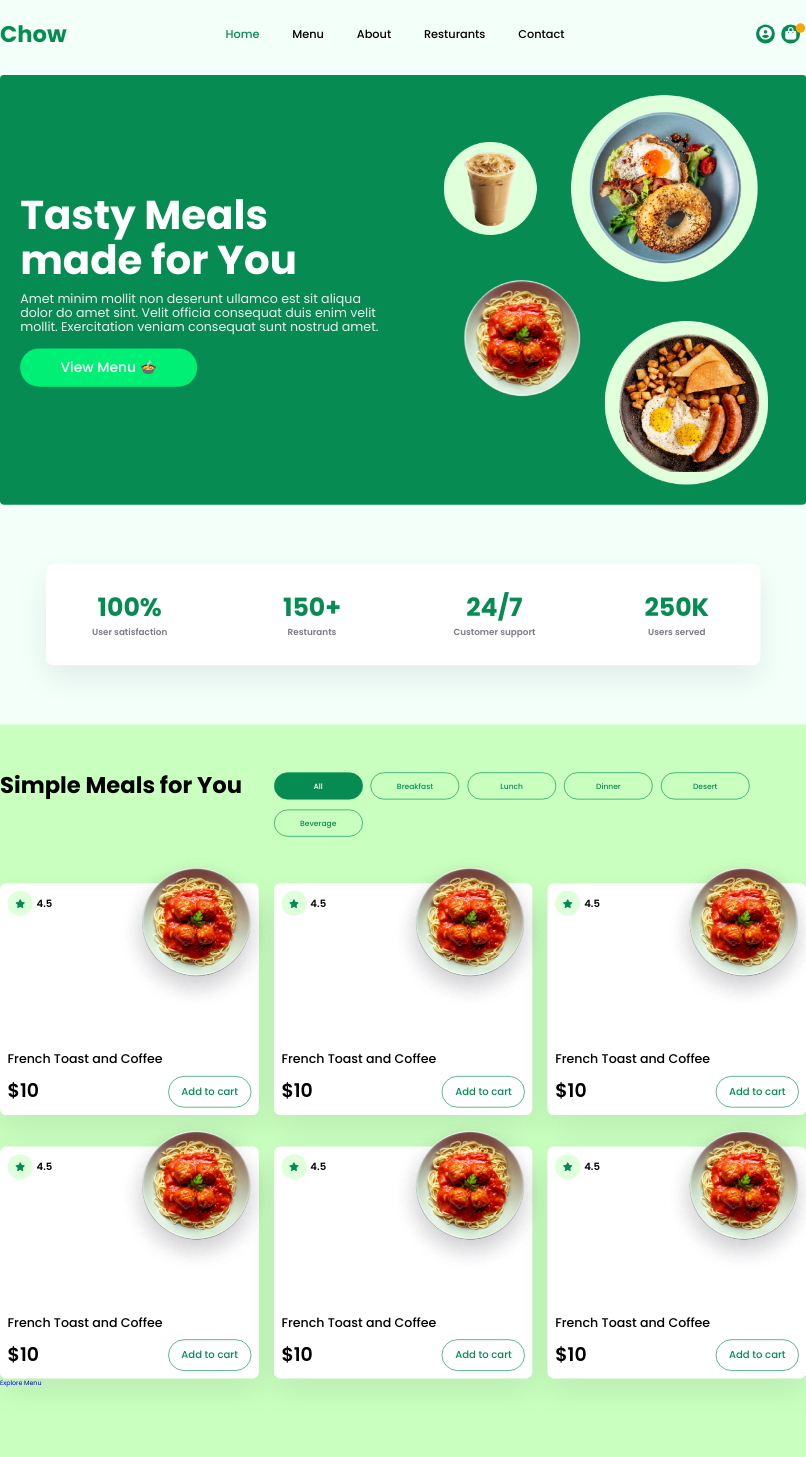
Repository: nguyennam1029/balbal
Page: index.html
An editor plug-in stored every save of this project. The page is shown before and after the next save, followed by the edit.
The browser window is 1280 px wide. The pictures show the whole page, at 63% of full size.
Some web libraries are served in a nearby version.

Above is the page before, as saved 2022-07-06 17:41:56.

### index.html
<!DOCTYPE html>
<html lang="en">
  <head>
    <meta charset="UTF-8" />
    <meta http-equiv="X-UA-Compatible" content="IE=edge" />
    <meta name="viewport" content="width=device-width, initial-scale=1.0" />
    <title>Chow</title>
    <link
      rel="stylesheet"
      href="https://cdnjs.cloudflare.com/ajax/libs/font-awesome/6.1.1/css/all.min.css"
      integrity="sha512-KfkfwYDsLkIlwQp6LFnl8zNdLGxu9YAA1QvwINks4PhcElQSvqcyVLLD9aMhXd13uQjoXtEKNosOWaZqXgel0g=="
      crossorigin="anonymous"
      referrerpolicy="no-referrer"
    />
    <link rel="stylesheet" href="css/grid.css" />
    <link rel="stylesheet" href="css/style.css" />
  </head>
  <body>
    <div class="app">
      <div class="grid wide">
        <div class="menu">
          <a href="#" class="menu-left">Chow</a>
          <ul class="menu-center">
            <li class="menu-center-item">
              <a href="#" class="menu-center--link active">Home</a>
            </li>
            <li class="menu-center-item">
              <a href="#" class="menu-center--link">Menu</a>
            </li>
            <li class="menu-center-item">
              <a href="#" class="menu-center--link">About</a>
            </li>
            <li class="menu-center-item">
              <a href="#" class="menu-center--link">Resturants</a>
            </li>
            <li class="menu-center-item">
              <a href="#" class="menu-center--link">Contact</a>
            </li>
          </ul>
          <ul class="menu-right">
            <li class="menu-right-item">
              <a href="#" class="menu-right--link">
                <i class="fa-solid fa-circle-user"></i>
              </a>
            </li>
            <li class="menu-right-item">
              <a href="#" class="menu-right--link active">
                <i class="fa-solid fa-bag-shopping"></i>
                <span class="menu-right--circle"></span>
              </a>
            </li>
          </ul>
        </div>
        <div class="banner">
          <div class="row">
            <div class="col l-6 m-12 c-12">
              <div class="banner-info">
                <h1 class="banner-title">Tasty Meals made for You</h1>
                <span class="banner-des"
                  >Amet minim mollit non deserunt ullamco est sit aliqua dolor
                  do amet sint. Velit officia consequat duis enim velit mollit.
                  Exercitation veniam consequat sunt nostrud amet.</span
                >
                <a href="#" class="banner-btn"> View Menu 🍲 </a>
              </div>
            </div>
            <div class="col l-6 m-12 c-12">
              <div class="banner-img">
                <img src="images/banner1.png" alt="" />
              </div>
            </div>
          </div>
        </div>
        <div class="statistical">
          <div class="row">
            <div class="col l-3 m-6 c-12">
              <div class="statistical-item">
                <h3 class="statistical-item--title">100%</h3>
                <span class="statistical-item--des">User satisfaction</span>
              </div>
            </div>
            <div class="col l-3 m-6 c-12">
              <div class="statistical-item">
                <h3 class="statistical-item--title">150+</h3>
                <span class="statistical-item--des">Resturants</span>
              </div>
            </div>
            <div class="col l-3 m-6 c-12">
              <div class="statistical-item">
                <h3 class="statistical-item--title">24/7</h3>
                <span class="statistical-item--des">Customer support</span>
              </div>
            </div>
            <div class="col l-3 m-6 c-12">
              <div class="statistical-item">
                <h3 class="statistical-item--title">250K</h3>
                <span class="statistical-item--des">Users served</span>
              </div>
            </div>
          </div>
        </div>
      </div>
      <div class="product">
        <div class="grid wide">
          <div class="product-top">
            <div class="row">
              <div class="col l-4 m-12 c-12">
                <h3 class="product-heading">Simple Meals for You</h3>
              </div>
              <!-- <div class="col l-8 m-12 c-12"> -->
              <ul class="tab-list col l-8 m-12 c-12">
                <li class="tab-item active l-2 m-3 c-4">All</li>
                <li class="tab-item l-2 m-3 c-4">Breakfast</li>
                <li class="tab-item l-2 m-3 c-4">Lunch</li>
                <li class="tab-item l-2 m-3 c-4">Dinner</li>
                <li class="tab-item l-2 m-3 c-4">Desert</li>
                <li class="tab-item l-2 m-3 c-4">Beverage</li>
              </ul>
              <!-- </div> -->
            </div>
          </div>
          <div class="product-list">
            <div class="row">
              <div class="col l-4 m-6 c-12">
                <div class="product-item">
                  <img
                    class="product-item--img"
                    src="images/product1.png"
                    alt=""
                  />
                  <div class="product-item--rating">
                    <i class="fa-solid fa-star"></i>
                    <span>4.5</span>
                  </div>
                  <div class="product-item--content">
                    <h4 class="product-item--name">French Toast and Coffee</h4>
                    <div class="product-item--footer">
                      <span class="product-item--price">$10</span>
                      <a href="#" class="product-item--btn">Add to cart</a>
                    </div>
                  </div>
                </div>
              </div>

              <div class="col l-4 m-6 c-12">
                <div class="product-item">
                  <img
                    class="product-item--img"
                    src="images/product1.png"
                    alt=""
                  />
                  <div class="product-item--rating">
                    <i class="fa-solid fa-star"></i>
                    <span>4.5</span>
                  </div>
                  <div class="product-item--content">
                    <h4 class="product-item--name">French Toast and Coffee</h4>
                    <div class="product-item--footer">
                      <span class="product-item--price">$10</span>
                      <a href="#" class="product-item--btn">Add to cart</a>
                    </div>
                  </div>
                </div>
              </div>

              <div class="col l-4 m-6 c-12">
                <div class="product-item">
                  <img
                    class="product-item--img"
                    src="images/product1.png"
                    alt=""
                  />
                  <div class="product-item--rating">
                    <i class="fa-solid fa-star"></i>
                    <span>4.5</span>
                  </div>
                  <div class="product-item--content">
                    <h4 class="product-item--name">French Toast and Coffee</h4>
                    <div class="product-item--footer">
                      <span class="product-item--price">$10</span>
                      <a href="#" class="product-item--btn">Add to cart</a>
                    </div>
                  </div>
                </div>
              </div>

              <div class="col l-4 m-6 c-12">
                <div class="product-item">
                  <img
                    class="product-item--img"
                    src="images/product1.png"
                    alt=""
                  />
                  <div class="product-item--rating">
                    <i class="fa-solid fa-star"></i>
                    <span>4.5</span>
                  </div>
                  <div class="product-item--content">
                    <h4 class="product-item--name">French Toast and Coffee</h4>
                    <div class="product-item--footer">
                      <span class="product-item--price">$10</span>
                      <a href="#" class="product-item--btn">Add to cart</a>
                    </div>
                  </div>
                </div>
              </div>

              <div class="col l-4 m-6 c-12">
                <div class="product-item">
                  <img
                    class="product-item--img"
                    src="images/product1.png"
                    alt=""
                  />
                  <div class="product-item--rating">
                    <i class="fa-solid fa-star"></i>
                    <span>4.5</span>
                  </div>
                  <div class="product-item--content">
                    <h4 class="product-item--name">French Toast and Coffee</h4>
                    <div class="product-item--footer">
                      <span class="product-item--price">$10</span>
                      <a href="#" class="product-item--btn">Add to cart</a>
                    </div>
                  </div>
                </div>
              </div>

              <div class="col l-4 m-6 c-12">
                <div class="product-item">
                  <img
                    class="product-item--img"
                    src="images/product1.png"
                    alt=""
                  />
                  <div class="product-item--rating">
                    <i class="fa-solid fa-star"></i>
                    <span>4.5</span>
                  </div>
                  <div class="product-item--content">
                    <h4 class="product-item--name">French Toast and Coffee</h4>
                    <div class="product-item--footer">
                      <span class="product-item--price">$10</span>
                      <a href="#" class="product-item--btn">Add to cart</a>
                    </div>
                  </div>
                </div>
              </div>
            </div>
            <div class="row">
              <div class="col c-12">
                <a href="#" class="product-menu">Explore Menu</a>
              </div>
            </div>
          </div>
        </div>
      </div>
    </div>
  </body>
</html>

### css/style.css
@import url('https://fonts.googleapis.com/css2?family=Poppins:wght@400;500;600;700&display=swap');

*,
*::before,
*::after {
    box-sizing: border-box;
}

* {
    margin : 0;
    padding: 0;
}

html {
    font-family: 'Poppins',
        sans-serif;
    font-size: 62.5%;
}

html,
body {
    height: 100%;
}

body {
    line-height: 1.5;
}

img,
picture,
video,
canvas,
svg {
    display  : block;
    max-width: 100%;
}

input,
button,
textarea,
select {
    font   : inherit;
    outline: none;
}

p,
h1,
h2,
h3,
h4,
h5,
h6 {
    overflow-wrap: break-word;
}

a {
    text-decoration: none;
}

ul {
    list-style: none;
}

.app {
    background-color: #f3fff9;
    padding-top     : 34px;
    overflow-x      : hidden;
}

.menu {
    display        : flex;
    justify-content: space-between;
    align-items    : center;
    margin         : 0 0 45px;
}

.menu-left {
    font-weight: 700;
    font-size  : 3.6rem;
    line-height: 40px;

    color: #068C52;
}

.menu-center,
.menu-right {
    display        : flex;
    justify-content: center;
    align-items    : center;
}

.menu-center--link {
    margin-right: 52px;
    font-weight : 500;
    font-size   : 1.8rem;
    line-height : 27px;
    color       : #000000;
}

.menu-center--link.active {
    color: #068C52;
}

.menu-right--link {
    margin-right         : 10px;
    display              : flex;
    justify-content      : center;
    align-items          : center;
    width                : 30px;
    height               : 30px;
    border-radius        : 50%;
    -webkit-border-radius: 50%;
    -moz-border-radius   : 50%;
    -ms-border-radius    : 50%;
    -o-border-radius     : 50%;
    background-color     : #068C52;
}

.menu-right--link i {
    color    : #fff;
    font-size: 2rem;
}

.menu-right--link.active {
    position: relative;
}

.menu-right--circle {
    position             : absolute;
    top                  : -2px;
    right                : -8px;
    width                : 15px;
    height               : 15px;
    background           : #FFA500;
    border-radius        : 50%;
    -webkit-border-radius: 50%;
    -moz-border-radius   : 50%;
    -ms-border-radius    : 50%;
    -o-border-radius     : 50%;
}

.banner {
    background-color     : #068C52;
    border-radius        : 6px;
    -webkit-border-radius: 6px;
    -moz-border-radius   : 6px;
    -ms-border-radius    : 6px;
    -o-border-radius     : 6px;
    padding              : 32px;
}

.banner-info {
    display           : flex;
    justify-content   : center;
    /* align-items    : center; */
    flex-direction    : column;
    height            : 100%;
}

.banner-title {
    font-weight: 700;
    font-size  : 6.4rem;
    line-height: 72px;

    color: #FFFFFF;
}

.banner-des {
    font-weight: 400;
    font-size  : 2rem;
    line-height: 22px;
    display    : block;
    color      : #EFEFEF;
    margin     : 14px 0 24px;
}

.banner-btn {
    font-weight          : 500;
    font-size            : 2.2rem;
    line-height          : 33px;
    padding              : 14px 64px;
    /*Primary/White*/
    color                : #FFFFFF;
    background           : #00F076;
    border-radius        : 32px;
    -webkit-border-radius: 32px;
    -moz-border-radius   : 32px;
    -ms-border-radius    : 32px;
    -o-border-radius     : 32px;
    width                : fit-content;
}

.statistical {
    max-width    : 1134px;
    margin       : 94px auto;
    /* border    : 1px solid; */
    background   : #FFFFFF;
    /* Drop Shadow/High */
    padding      : 40px 0;
    box-shadow   : 0px 20px 50px rgba(18, 17, 39, 0.08);
    border-radius: 12px;
    text-align   : center;
}

.statistical-item--title {
    font-weight: 700;
    font-size  : 4rem;
    line-height: 140%;
    /* identical to box height, or 56px */

    text-align: center;

    color: #068C52;
}

.statistical-item--des {
    font-weight: 600;
    font-size  : 1.4rem;
    line-height: 180%;
    color      : rgba(18, 17, 39, 0.56);
}

.product {
    background-color: #c9ffbf;
    padding         : 76px 0 46px;
}

.product-top {
    display        : flex;
    justify-content: center;
    flex-direction : column;
}

.product-heading {
    font-weight: 700;
    font-size  : 3.6rem;
    line-height: 40px;

    color: #000000;
}

.tab-list {
    margin-top: -16px;

}

.tab-item {
    margin-top        : 16px;
    padding           : 10px 0;
    text-align        : center;
    width             : 100%;
    border            : 1px solid #068C52;
    border-radius     : 40px;
    display           : inline-block;
    margin-right      : 10px;
    cursor            : pointer;
    transition        : .25s ease-in;
    -webkit-transition: .25s ease-in;
    -moz-transition   : .25s ease-in;
    -ms-transition    : .25s ease-in;
    -o-transition     : .25s ease-in;
    font-weight       : 500;
    font-size         : 1.2rem;
    line-height       : 21px;
    /* identical to box height, or 167% */


    color: #068C52;
}

.tab-item.active {
    background: #068C52;
    cursor    : default;
    color     : #fff;
}

.tab-item:hover {
    background: #068c5290;
    color     : rgb(242, 239, 239);
}

.product-list {
    margin: 24px 0 64px;
}

.product-item {
    background     : #FFFFFF;
    box-shadow     : 0px 20px 50px rgba(18, 17, 39, 0.08);
    border-radius  : 10px;
    min-height     : 368px;
    padding        : 12px;
    display        : flex;
    justify-content: space-between;

    flex-direction: column;
    position      : relative;
    margin-top    : 50px;
}

.product-item--img {
    position: absolute;
    top     : -86px;
    right   : -105px;
}

.product-item--rating {
    display           : flex;
    /* justify-content: center; */
    align-items       : center;
}

.product-item--rating i {
    width                : 40px;
    height               : 40px;
    font-size            : 1.4rem;
    border-radius        : 50%;
    color                : #068C52;
    background-color     : #E0FFDB;
    -webkit-border-radius: 50%;
    -moz-border-radius   : 50%;
    -ms-border-radius    : 50%;
    -o-border-radius     : 50%;
    display              : flex;
    justify-content      : center;
    align-items          : center;
}

.product-item--rating span {
    margin-left: 6px;
    font-weight: 600;
    font-size  : 1.6rem;
    line-height: 24px;
    /* identical to box height */


    color: #000000;
}

.product-item--name {
    font-weight: 500;
    font-size  : 2rem;
    line-height: 30px;
    /* identical to box height */

    font-feature-settings: 'liga'off;

    color        : #000000;
    margin-bottom: 12px;
}

.product-item--price {
    font-weight: 600;
    font-size  : 3rem;
    line-height: 45px;
    /* identical to box height */

    font-feature-settings: 'liga'off;

    color: #000000;
}

.product-item--footer {
    display        : flex;
    justify-content: space-between;
    align-items    : center;
    margin-bottom  : auto;
    z-index        : 3;
}

.product-item--btn {
    font-weight: 500;
    font-size  : 16px;
    line-height: 24px;
    /* identical to box height, or 150% */
    cursor     : pointer;

    color        : #068C52;
    padding      : 12px 20px;
    background   : #FFFFFF;
    border       : 1px solid #068C52;
    border-radius: 100px;
}

Loaded but not shown: css/grid.css (592 lines, source omitted)

After the next save:
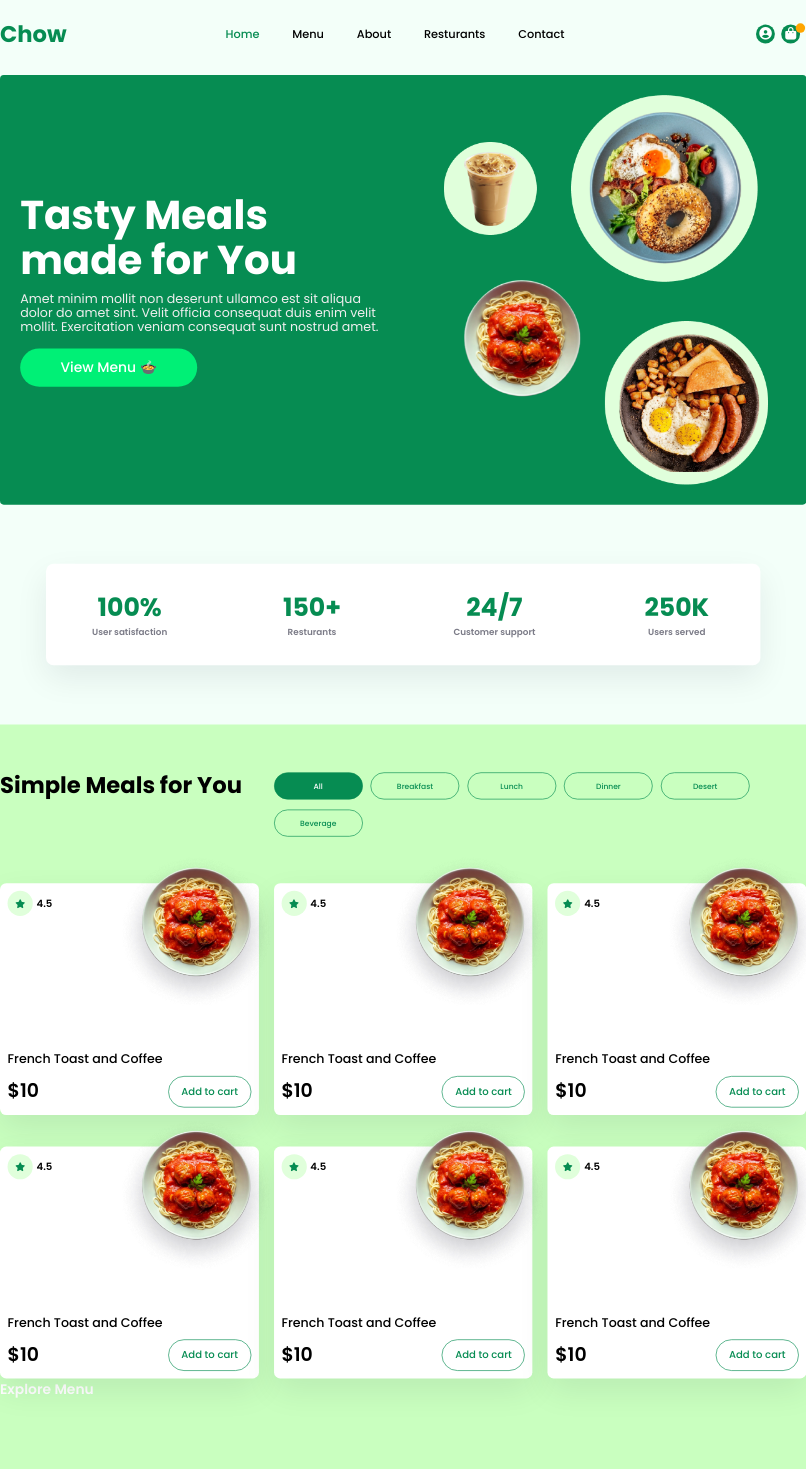
Saved 25 s later.
--- a/css/style.css
+++ b/css/style.css
@@ -380,3 +380,10 @@ ul {
     border       : 1px solid #068C52;
     border-radius: 100px;
 }
+
+.product-menu {
+    font-weight: 600;
+    font-size  : 2.2rem;
+    line-height: 34px;
+    color      : #FFFFFF;
+}
